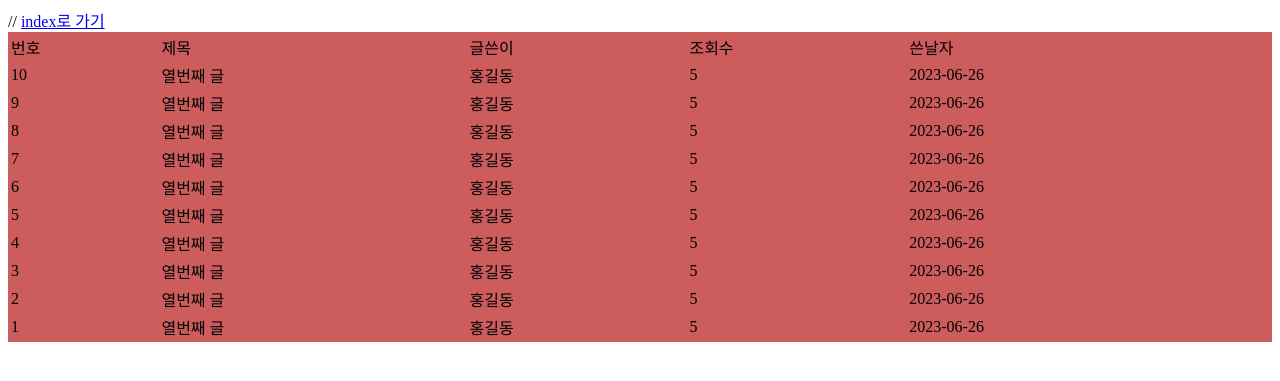
Repository: popll1/Pleiades
Page: http://localhost/jun261/main.jsp
An editor plug-in stored every save of this project. The page is shown before and after the next save, followed by the edit.
The browser window is 1280 px wide. The pictures show the whole page.
The page is served by Tomcat 9.

Above is the page before, as saved 2023-06-26 06:17:07.

After the next save:
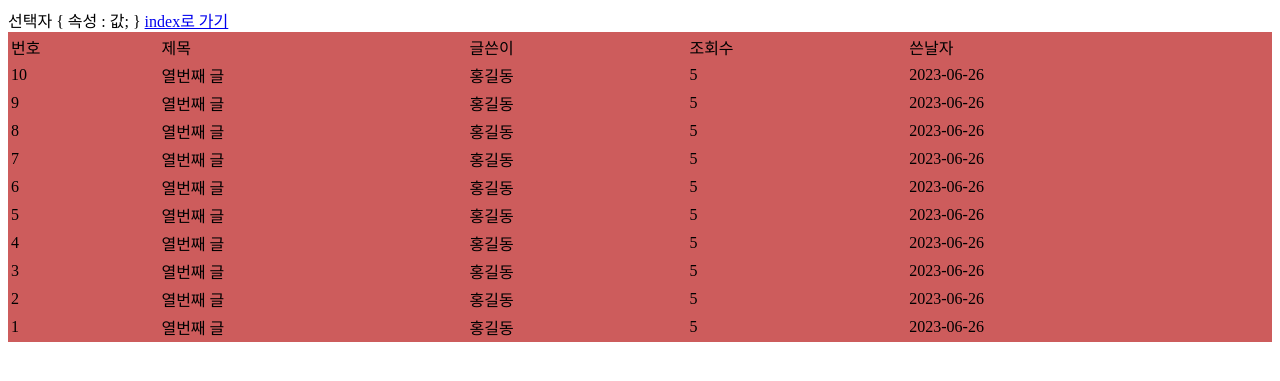
Saved 17 s later.
--- a/jun261/src/main/webapp/main.jsp
+++ b/jun261/src/main/webapp/main.jsp
@@ -6,7 +6,9 @@
 <meta charset="EUC-KR">
 <title>main</title>
 <style type="text/css"></style>
- //
+선택자 {
+속성 : 값;
+}
 </head>
 <body>
 	<a href = "./index.jsp">index로 가기 </a>
